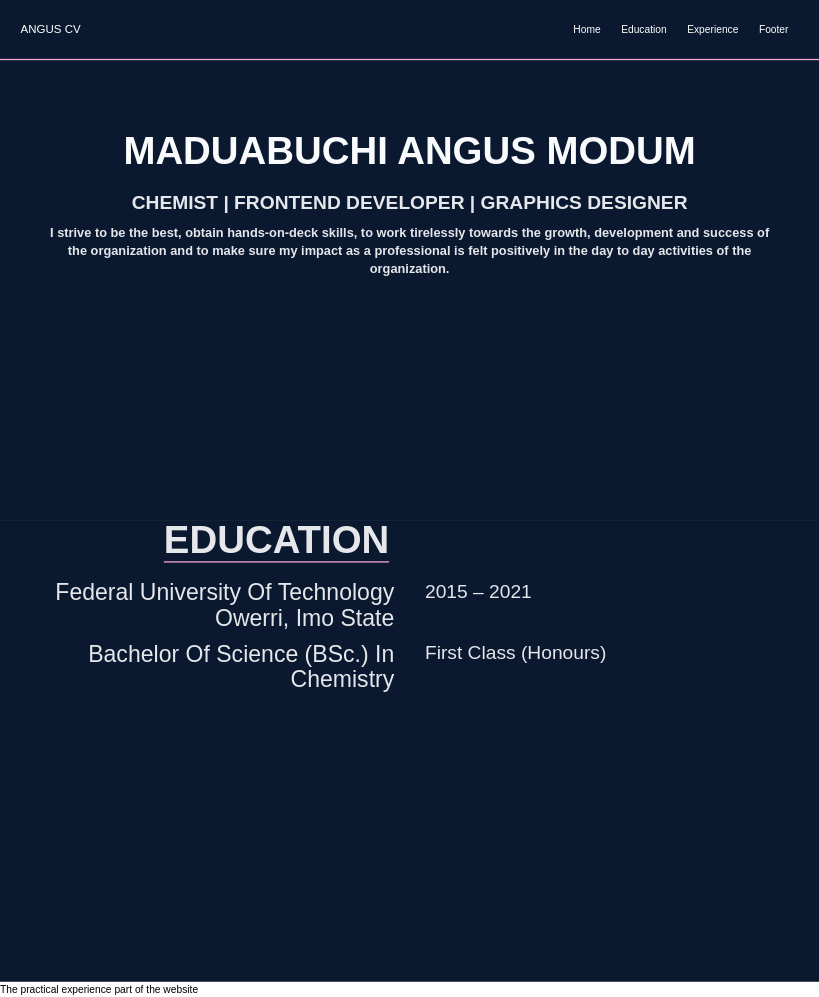
Repository: AngusOnyebuchi/AngusOnyebuchi.github.io
Page: /
These files come from the project's save history. The page is drawn as it stood at one moment and after the next save; the edit follows.
The browser window is 1280 px wide. The pictures show the whole page, at 64% of full size.
The project was rebuilt for these pictures with package versions that can differ from the ones it lists, and the page was loaded fresh each time.

Above is the page before, as saved 2022-04-17 20:01:24.

### public/index.html
<!DOCTYPE html>
<html lang="en">
  <head>
    <meta charset="utf-8" />
    <link rel="icon" href="%PUBLIC_URL%/favicon.ico" />
    <meta name="viewport" content="width=device-width, initial-scale=1" />
    <meta name="theme-color" content="#000000" />
    <meta
      name="description"
      content="Web site created using create-react-app"
    />
    <link rel="apple-touch-icon" href="%PUBLIC_URL%/logo192.png" />
    <!--
      manifest.json provides metadata used when your web app is installed on a
      user's mobile device or desktop. See https://developers.google.com/web/fundamentals/web-app-manifest/
    -->
    <link rel="manifest" href="%PUBLIC_URL%/manifest.json" />
    <!--
      Notice the use of %PUBLIC_URL% in the tags above.
      It will be replaced with the URL of the `public` folder during the build.
      Only files inside the `public` folder can be referenced from the HTML.

      Unlike "/favicon.ico" or "favicon.ico", "%PUBLIC_URL%/favicon.ico" will
      work correctly both with client-side routing and a non-root public URL.
      Learn how to configure a non-root public URL by running `npm run build`.
    -->
    <title>Angus CV </title>
  </head>
  <body>
    <noscript>You need to enable JavaScript to run this app.</noscript>
    <div id="root"></div>
    <!--
      This HTML file is a template.
      If you open it directly in the browser, you will see an empty page.

      You can add webfonts, meta tags, or analytics to this file.
      The build step will place the bundled scripts into the <body> tag.

      To begin the development, run `npm start` or `yarn start`.
      To create a production bundle, use `npm run build` or `yarn build`.
    -->
  </body>
</html>

### src/index.js
import React from "react";
import ReactDOM from "react-dom";
import "./style.css"
import App from "./App";

ReactDOM.render(<App/>, document.getElementById("root"))

### src/style.css
@tailwind base;
@tailwind components;
@tailwind utilities;

@layer base {
    body{
        @apply font-[Sans-serif];
    }
    li {
        @apply px-4;
        @apply cursor-pointer;
    }
}

### src/App.js
import React from "react";
import Home from "./components/Home"
import Education from "./components/Education";
import Experience from "./components/Experience";
import NavBar from "./components/NavBar";

export default function App() {
  return (
    <div>
      <NavBar/>
      <Home/>
      <Education/>
      <Experience/>
    </div>
  )
}

### src/components/Home.js
import React from "react";
import {FaWhatsapp, FaLocationArrow, FaSearchLocation} from "react-icons/fa"
import {HiOutlineMail} from "react-icons/hi"

export default function Home() {
    return (
        <div className="w-full h-screen p-4 bg-[#0a192f] text-gray-200">
            <h1 className="text-4xl md:text-6xl font-bold uppercase pt-24 text-center text-gray-50">Maduabuchi Angus Modum</h1>
            <h3 className="text-xl md:text-3xl font-bold uppercase pt-8 text-center">Chemist  |  Frontend Developer  |  Graphics Designer</h3>
            <p className="font-bold text-center justify-center text-lg md:text-xl max-w-[1200px] mx-12 mt-4">I strive to be the best, obtain hands-on-deck skills,
                to work tirelessly towards the growth, development and success of the organization and to make sure my impact
                as a professional is felt positively in the day to day activities of the organization.</p>

        </div>
    )
}

### src/components/Education.js
import React from "react";

export default function Education() {
    return(
        <div className="bg-[#0a192f] w-full h-screen text-gray-200">
            <h1 className="text-4xl md:text-6xl font-bold uppercase pt-24 text-center text-gray-200 inline border-b-2 border-pink-300 ml-24 sm:ml-64">Education</h1>
            <div className="grid grid-cols-2 gap-12 mx-16 pt-8 ">
                <h3 className="capitalize text-xl md:text-4xl text-right">Federal university of technology owerri, Imo state</h3>
                <h4 className="text-lg md:text-3xl ">2015 – 2021</h4>
            </div>
            <div className="grid grid-cols-2 gap-12 mx-16 pt-4">
                <h3 className="capitalize text-xl md:text-4xl text-right">Bachelor of Science (BSc.) in Chemistry</h3>
                <h4 className="text-lg md:text-3xl ">First Class (Honours)</h4>
            </div>
        </div>
    )
}

### src/components/Experience.js
import React from "react";

export default function Experience() {
    return(
        <div>
            <h1>The practical experience part of the website</h1>
        </div>
    )
}

### src/components/NavBar.js
import React, {useState} from "react";
import {FaTimes, FaBars} from "react-icons/fa"

export default function NavBar() {

    const [nav, setNav] = useState(true)
    const toggle = () => setNav(!nav)

    return(
        <div className="bg-[#0a192f] text-white w-full p-8 flex justify-between items-center border-b-2 border-pink-300">
            <h1 className="uppercase text-lg">Angus CV</h1>

            <ul className=" hidden sm:flex justify-between">
                <li className="hover:border-b-2 border-pink-300 ">Home</li>
                <li className="hover:border-b-2 border-pink-300 ">Education</li>
                <li className="hover:border-b-2 border-pink-300 ">Experience</li>
                <li className="hover:border-b-2 border-pink-300 ">Footer</li>
            </ul>

            {/** Mobile list */}
            <div onClick={toggle} className="sm:hidden z-10">
                {nav ? <FaBars/> : <FaTimes/>}
            </div>
            <ul className={nav ? 'hidden' : 'absolute top-0 left-0 w-full h-screen bg-inherit flex flex-col justify-center items-center my-8 sm:hidden'}>
                    <li>Home</li>
                    <li>Education</li>
                    <li>Experience</li>
                    <li>Footer</li>
            </ul>
        </div>
    )
}

Loaded but not shown: tailwind.config.js (common file)

After the next save:
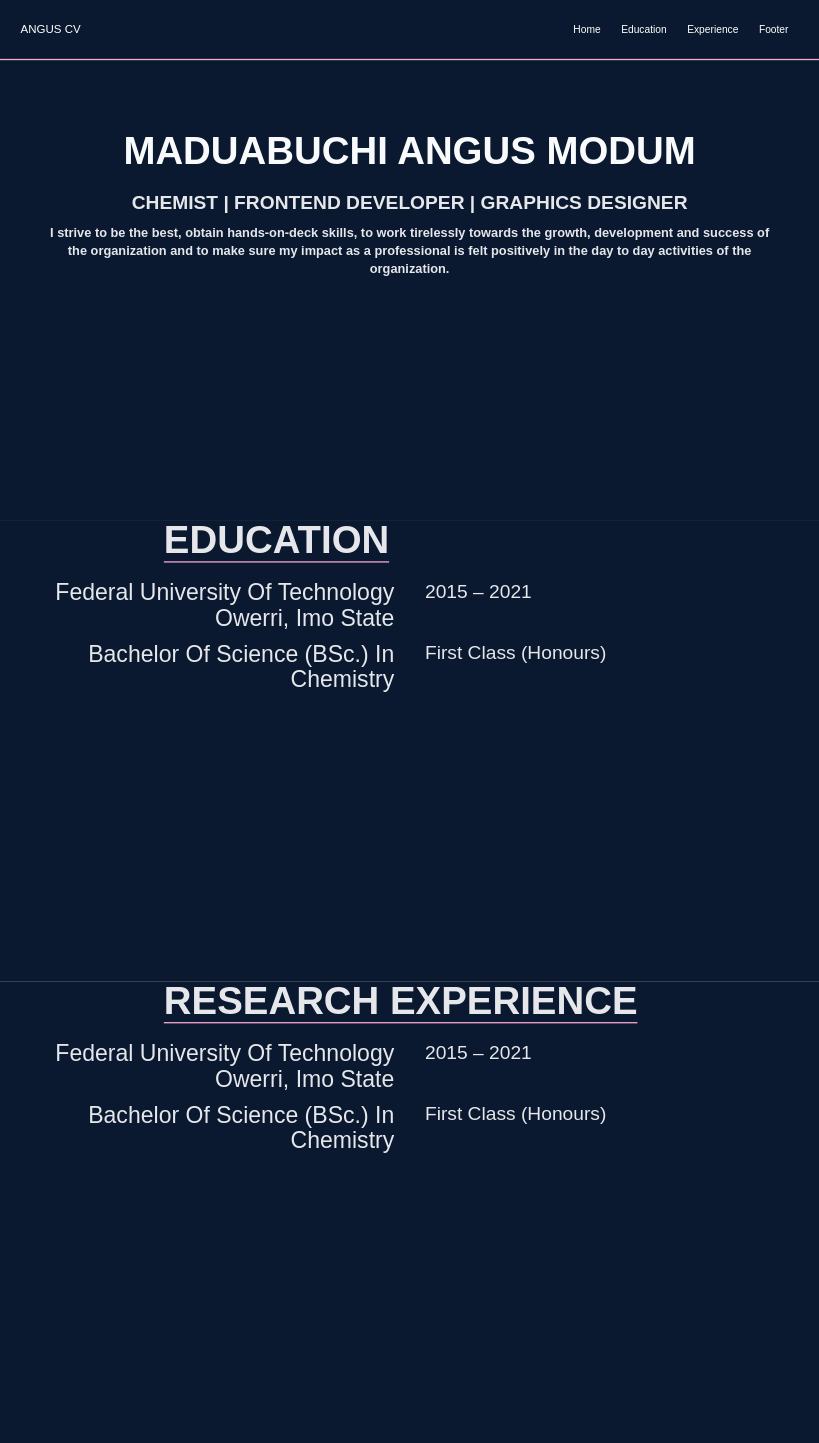
Saved 2 min 43 s later.
--- a/src/components/Experience.js
+++ b/src/components/Experience.js
@@ -2,8 +2,16 @@ import React from "react";
 
 export default function Experience() {
     return(
-        <div>
-            <h1>The practical experience part of the website</h1>
+        <div className="bg-[#0a192f] w-full h-screen text-gray-200">
+            <h1 className="text-4xl md:text-6xl font-bold uppercase pt-24 text-center text-gray-200 inline border-b-2 border-pink-300 ml-24 sm:ml-64">research experience</h1>
+            <div className="grid grid-cols-2 gap-12 mx-16 pt-8 ">
+                <h3 className="capitalize text-xl md:text-4xl text-right">Federal university of technology owerri, Imo state</h3>
+                <h4 className="text-lg md:text-3xl ">2015 – 2021</h4>
+            </div>
+            <div className="grid grid-cols-2 gap-12 mx-16 pt-4">
+                <h3 className="capitalize text-xl md:text-4xl text-right">Bachelor of Science (BSc.) in Chemistry</h3>
+                <h4 className="text-lg md:text-3xl ">First Class (Honours)</h4>
+            </div>
         </div>
     )
 }
